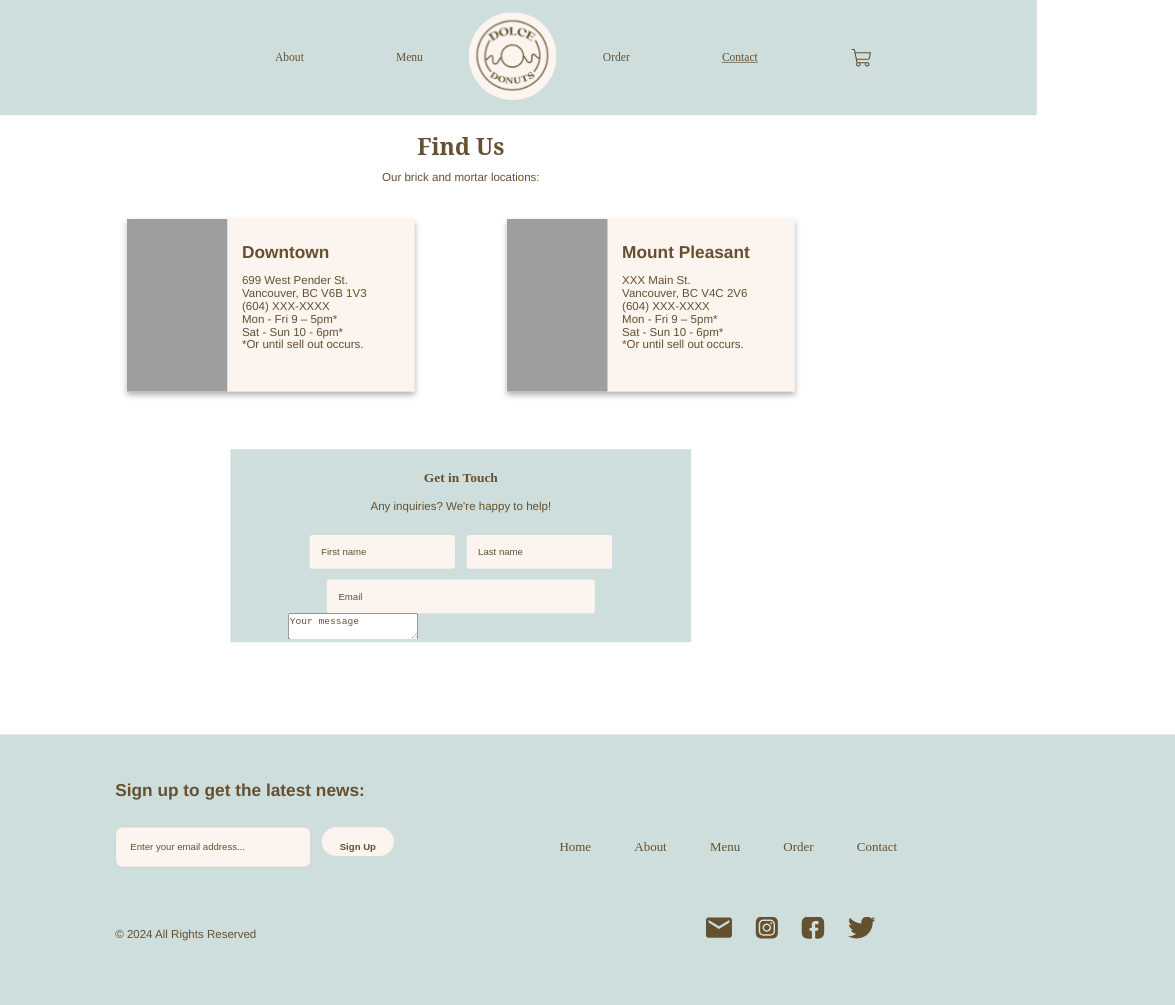
Repository: Crystalhtc/dolcedonuts
Page: /contact
These files come from the project's save history. The page is drawn as it stood at one moment and after a run of saves; the edit follows.
The browser window is 1280 px wide. The page is 1632 px wide, so the pictures cover 1632 px, including what lies to the right of the window. The pictures show the whole page, at 72% of full size.
Pictures or frames that could not be fetched are drawn as grey boxes. The project was rebuilt for these pictures with package versions that can differ from the ones it lists, and the page was loaded fresh each time. Also part of the build but not shown: vite.config.js, src/pages/Home.module.css, src/pages/Home.jsx, src/components/ProductCard/ProductCard.jsx, src/Data/products.js, src/pages/Order.css, src/pages/Menu.jsx, src/pages/Order.jsx and 13 more.

Above is the page before, as saved 2024-10-20 15:28:15.

After the next 2 saves:
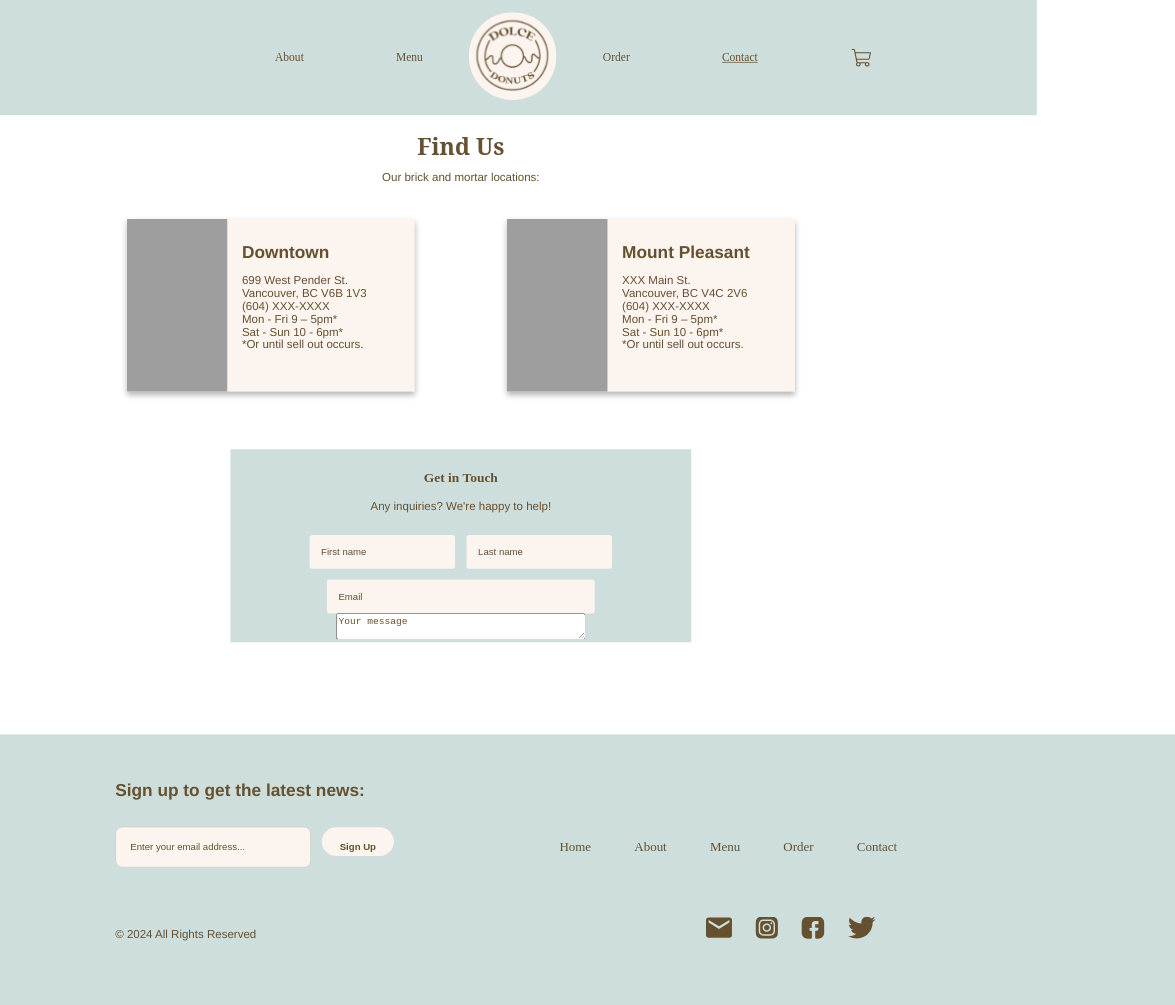
The 2 saves are shown as one change because they came seconds apart.
The last was saved 9 s later.
--- a/src/components/ContactUsForm/ContactForm.jsx
+++ b/src/components/ContactUsForm/ContactForm.jsx
@@ -52,8 +52,8 @@ export default function Form() {
                             <input className={styles.formPlaceholders} type="email" name="email" placeholder="Email"/>
                         </div>
 
-                        <div className={styles.formPlaceholders}>
-                            <textarea name="message" placeholder="Your message"></textarea>
+                        <div>
+                            <textarea className={styles.formPlaceholders} name="message" placeholder="Your message"></textarea>
                         </div>
                     </div>
 
